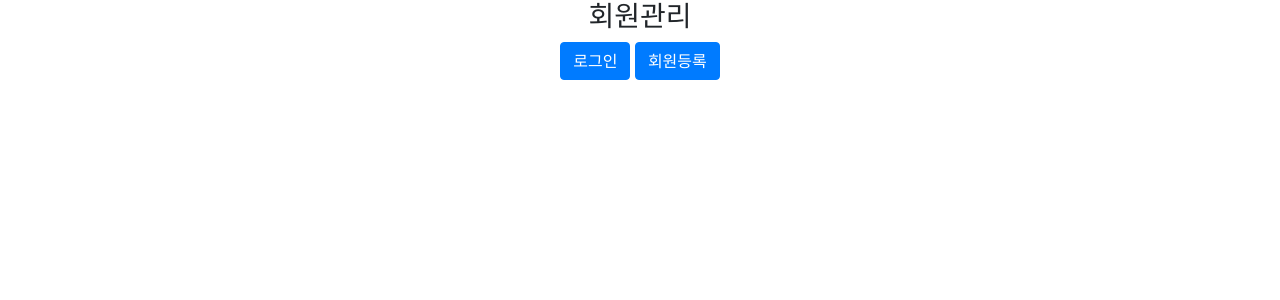
Repository: NoChanJong/JSP
Page: http://localhost/jsp08_member/register
An editor plug-in stored every save of this project. The page is shown before and after the next save, followed by the edit.
The browser window is 1280 px wide. The pictures show the whole page.
The page is served by Tomcat 9. Queries for data that is not in the repository find no rows.

Above is the page before, as saved 2023-05-23 00:45:32.
Console error (its wording comes from the project's code and is left out).

After the next save:
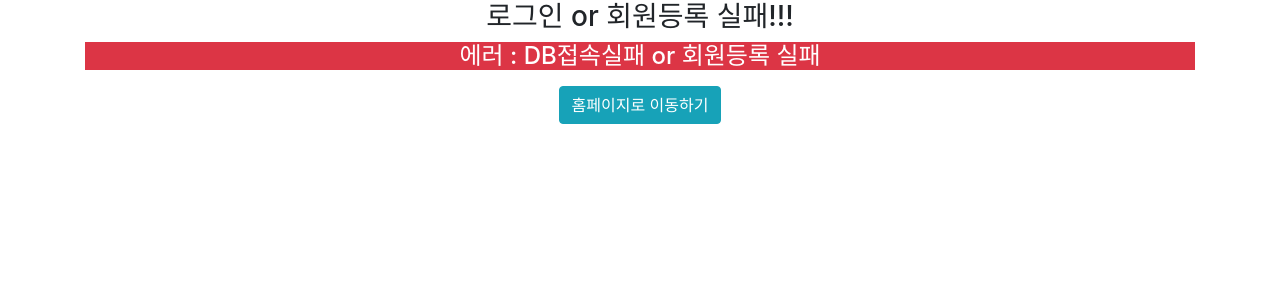
The error is gone.
Saved 7 min 28 s later.
--- a/jsp08_member/src/main/java/com/lec/member/servlet/RegisterMemberServlet.java
+++ b/jsp08_member/src/main/java/com/lec/member/servlet/RegisterMemberServlet.java
@@ -13,6 +13,8 @@ import javax.servlet.annotation.WebServlet;
 import javax.servlet.http.HttpServlet;
 import javax.servlet.http.HttpServletRequest;
 import javax.servlet.http.HttpServletResponse;
+
+import com.lec.member.jdbc.JDBCUtil;
 
 @WebServlet("/register")
 public class RegisterMemberServlet extends HttpServlet {
@@ -38,7 +40,7 @@ public class RegisterMemberServlet extends HttpServlet {
 		String pw = req.getParameter("pw");
 		String ssn = req.getParameter("ssn");
 		String gender = req.getParameter("gender");
-		int milege = 1000;
+		int mileage = 1000;
 
 		Connection conn = null;
 		PreparedStatement pstmt = null;
@@ -54,10 +56,31 @@ public class RegisterMemberServlet extends HttpServlet {
 
 		try {
 			conn = DriverManager.getConnection(url, usr, pwd);
+			sql = "select * from member where id =?";
+			pstmt = conn.prepareStatement(sql);
+			pstmt.setString(1, id);
+			rs = pstmt.executeQuery();
+
+			if(rs.next()) {
+				req.setAttribute("error_message", id + "는(은) 중복된 아이디 입니다.");
+				res_url = "/resources/error.jsp";
+			} else {
+				sql = "insert into member(id, name, password, regnumber, gender, mileage) values(?,?,?,?,?,?)";
+				pstmt = conn.prepareStatement(sql);
+				pstmt.setString(1, id);
+				pstmt.setString(2, name);
+				pstmt.setString(3, pw);
+				pstmt.setString(4, ssn);
+				pstmt.setString(5, gender);
+				pstmt.setInt(6, mileage);
+				cnt = pstmt.executeUpdate();
+				System.out.println("회원등록성공.");
+			}
 		} catch (Exception e) {
-			// TODO: handle exception
+			req.setAttribute("error_message","DB접속실패 or 회원등록 실패");
+			res_url = "/resources/error.jsp";
 		} finally {
-
+			JDBCUtil.close(conn, pstmt, rs);
 		}
 
 		if(res_url != null) {
